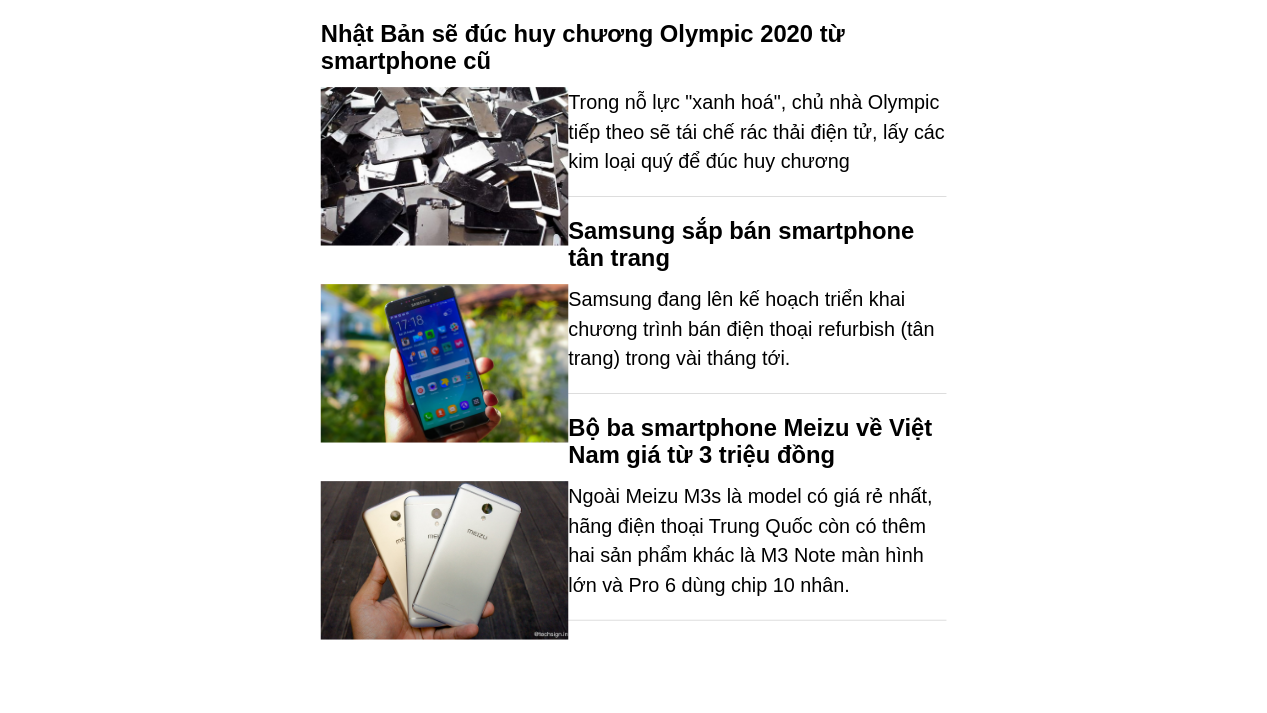
Repository: tuiladev/TKW
Page: CSS/Bai2/index.html
The author's editor kept a copy of each file at every save. The page is drawn from the files as they stood at one save, then again after the next save.
The browser window is 1280 px wide. The pictures show the whole page, at 99% of full size.

Above is the page before, as saved 2022-04-05 21:32:36.

### CSS/Bai2/index.html
<!DOCTYPE html>
<html lang="en">
   <head>
      <meta charset="UTF-8" />
      <title>21115053120156 - Dang Van Trung</title>
      <link rel="stylesheet" href="./style.css" />
   </head>
   <body>
      <div class="new">
         <h2 class="new__title">Nhật Bản sẽ đúc huy chương Olympic 2020 từ smartphone cũ</h2>
         <p class="new__desc">
            <img align="left" src="./images/anh1.jpg" alt="" class="new__img" />
            Trong nỗ lực "xanh hoá", chủ nhà Olympic tiếp theo sẽ tái chế rác thải điện tử, lấy các
            kim loại quý để đúc huy chương
         </p>
      </div>
      <div class="new">
         <h2 class="new__title">Samsung sắp bán smartphone tân trang</h2>
         <p class="new__desc">
            <img align="left" src="./images/anh2.jpg" alt="" class="new__img" />
            Samsung đang lên kế hoạch triển khai chương trình bán điện thoại refurbish (tân trang)
            trong vài tháng tới.
         </p>
      </div>
      <div class="new">
         <h2 class="new__title">Bộ ba smartphone Meizu về Việt Nam giá từ 3 triệu đồng</h2>
         <p class="new__desc">
            <img align="left" src="./images/anh3.jpg" alt="" class="new__img" />
            Ngoài Meizu M3s là model có giá rẻ nhất, hãng điện thoại Trung Quốc còn có thêm hai sản
            phẩm khác là M3 Note màn hình lớn và Pro 6 dùng chip 10 nhân.
         </p>
      </div>
   </body>
</html>

### CSS/Bai2/style.css
body {
   font-family: sans-serif;
}
.new {
   width: 50%;
   margin: 0 auto;
   padding-bottom: 20px;
   border-bottom: 1px solid #ddd;
}
.new__title {
   font-size: 24px;
   margin-bottom: 12px;
}
.new__img {
   width: 250px;
   height: 160px;
   object-fit: cover;
}
.new__desc {
   font-size: 20px;
   line-height: 1.5;
   margin: 0;
}

After the next save:
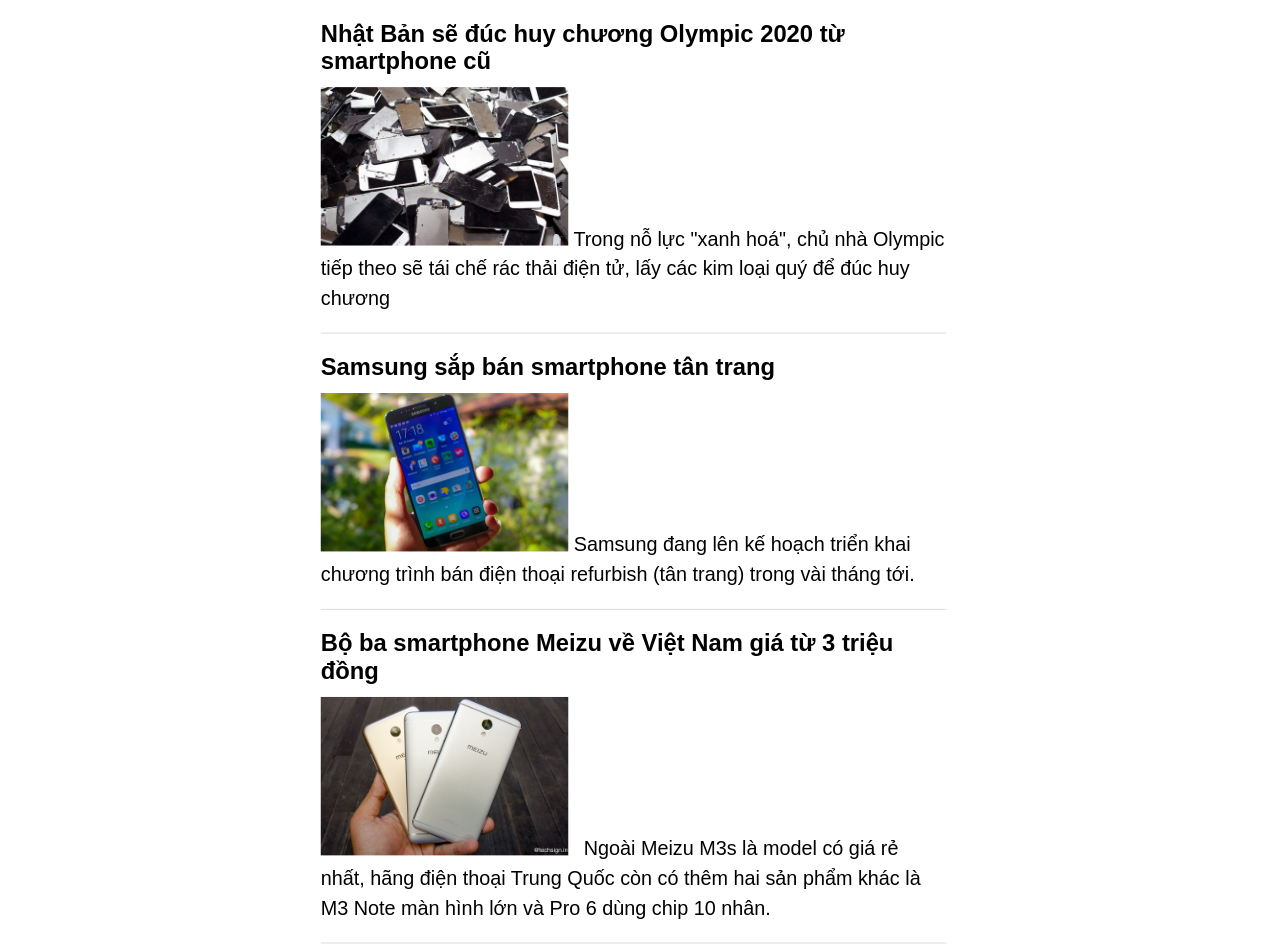
Saved 3 min 45 s later.
--- a/CSS/Bai2/index.html
+++ b/CSS/Bai2/index.html
@@ -9,7 +9,7 @@
       <div class="new">
          <h2 class="new__title">Nhật Bản sẽ đúc huy chương Olympic 2020 từ smartphone cũ</h2>
          <p class="new__desc">
-            <img align="left" src="./images/anh1.jpg" alt="" class="new__img" />
+            <img src="./images/anh1.jpg" alt="" class="new__img" />
             Trong nỗ lực "xanh hoá", chủ nhà Olympic tiếp theo sẽ tái chế rác thải điện tử, lấy các
             kim loại quý để đúc huy chương
          </p>
@@ -17,7 +17,7 @@
       <div class="new">
          <h2 class="new__title">Samsung sắp bán smartphone tân trang</h2>
          <p class="new__desc">
-            <img align="left" src="./images/anh2.jpg" alt="" class="new__img" />
+            <img src="./images/anh2.jpg" alt="" class="new__img" />
             Samsung đang lên kế hoạch triển khai chương trình bán điện thoại refurbish (tân trang)
             trong vài tháng tới.
          </p>
@@ -25,7 +25,7 @@
       <div class="new">
          <h2 class="new__title">Bộ ba smartphone Meizu về Việt Nam giá từ 3 triệu đồng</h2>
          <p class="new__desc">
-            <img align="left" src="./images/anh3.jpg" alt="" class="new__img" />
+            <img style="margin-right: 10px; align=""" src="./images/anh3.jpg" alt="" class="new__img" />
             Ngoài Meizu M3s là model có giá rẻ nhất, hãng điện thoại Trung Quốc còn có thêm hai sản
             phẩm khác là M3 Note màn hình lớn và Pro 6 dùng chip 10 nhân.
          </p>
